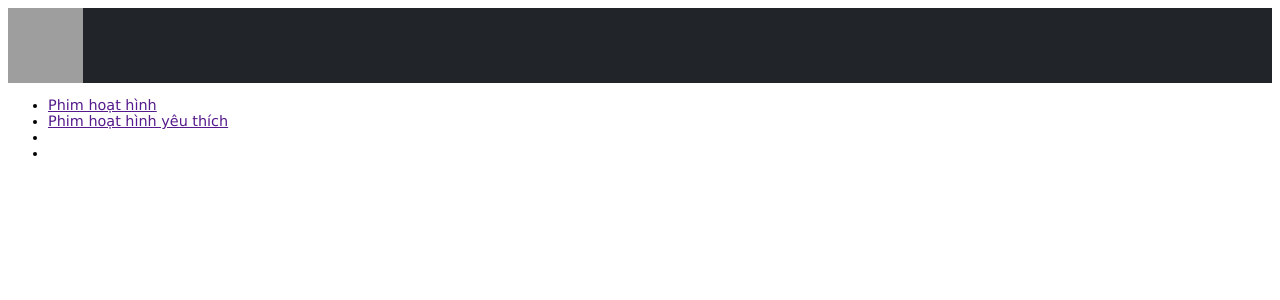
Repository: congle98/CSS_WebXemPhimYoutube
Page: index.html
An editor plug-in stored every save of this project. The page is shown before and after a run of saves, followed by the edit.
The browser window is 1280 px wide. The pictures show the whole page.
Pictures or frames that could not be fetched are drawn as grey boxes.

Above is the page before, as saved 2021-05-26 17:02:13.

After the next 3 saves:
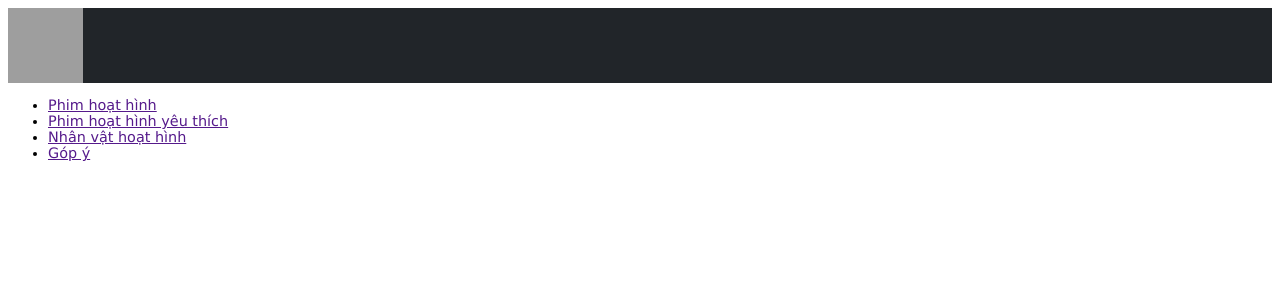
The 3 saves are shown as one change because they came seconds apart.
The last was saved 10 s later.
--- a/index.html
+++ b/index.html
@@ -47,8 +47,8 @@
         <ul class="header-link-list">
             <li class="header-link-item"><a href="">Phim hoạt hình</a></li>
             <li class="header-link-item"><a href="">Phim hoạt hình yêu thích</a></li>
-            <li class="header-link-item"><a href=""></a></li>
-            <li class="header-link-item"><a href=""></a></li>
+            <li class="header-link-item"><a href="">Nhân vật hoạt hình</a></li>
+            <li class="header-link-item"><a href="">Góp ý</a></li>
         </ul>
     </div>
     <div class="content">
